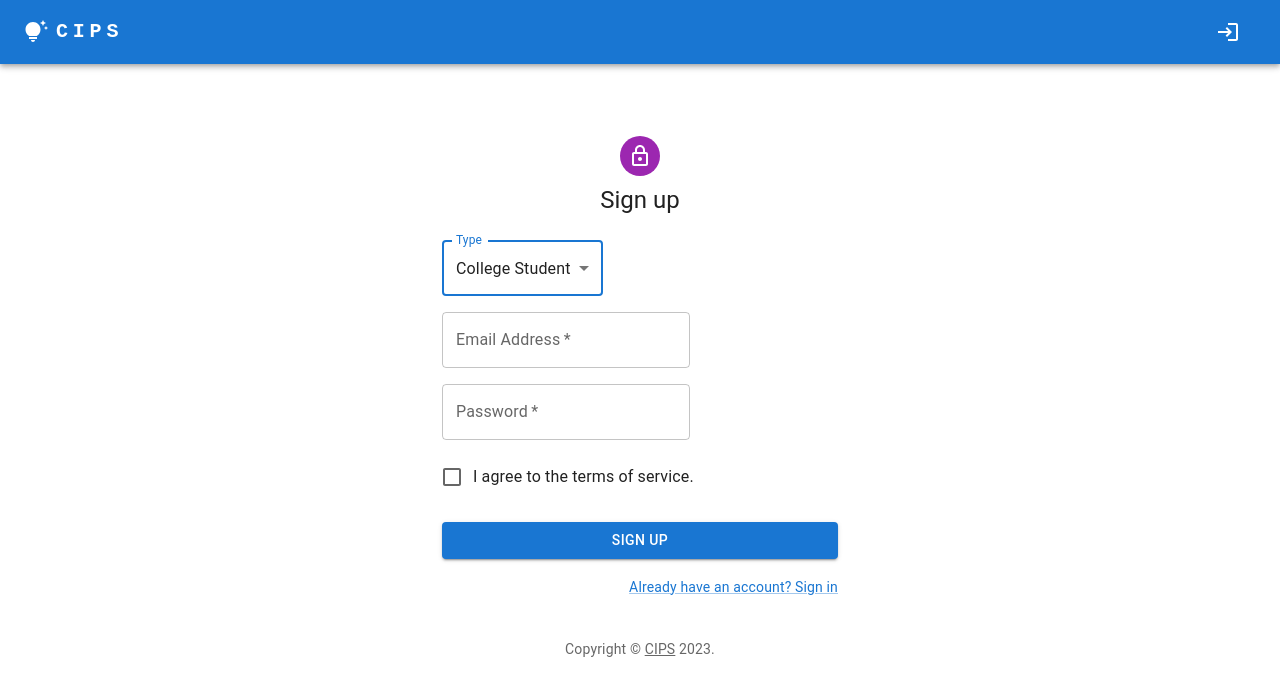
Repository: annferracane/phase-4-project
Page: /signup (app in client/)
These files come from the project's save history. The page is drawn as it stood at one moment and after the next save; the edit follows.
The browser window is 1280 px wide. The pictures show the whole page.
The page's requests for data from a server got no answer. The project was rebuilt for these pictures with package versions that can differ from the ones it lists, and the page was loaded fresh each time. A package was used in the major version that the imports need, not the one package.json lists. No one was signed in, and anything a server would have sent is missing. Also part of the build but not shown: client/src/components/Login.js, client/src/components/Profile.js, client/src/components/Hero.js, client/src/components/SchoolCard.js, client/src/components/Schools.js, client/src/components/TipsAccordion.js, client/src/components/SchoolDetail.js, client/src/components/SubmitTip.js and 1 more.

Above is the page before, as saved 2023-02-16 14:15:49.

### client/src/index.js
import React from 'react';
import ReactDOM from 'react-dom/client';
import './index.css';
import App from './components/App';
import reportWebVitals from './reportWebVitals';
import { UserProvider } from "./context/user";

const root = ReactDOM.createRoot(document.getElementById('root'));
root.render(
  <React.StrictMode>
    <UserProvider>
      <App />
    </UserProvider>
  </React.StrictMode>
);

// If you want to start measuring performance in your app, pass a function
// to log results (for example: reportWebVitals(console.log))
// or send to an analytics endpoint. Learn more: https://bit.ly/CRA-vitals
reportWebVitals();

### client/src/components/App.js
// client/src/components/App.js
import { useState, useEffect, useContext } from "react";
import { BrowserRouter, Switch, Route } from "react-router-dom";
import { UserContext } from "../context/user";
import Login from './Login';
import Navigation from './Navigation';
import Profile from './Profile';
import SignUp from './SignUp';
import Schools from './Schools';
import SchoolDetail from './SchoolDetail';
import SubmitTip from './SubmitTip';
import Welcome from './Welcome';

function App() {
  const { user, setUser } = useContext(UserContext);
  const [errors, setErrors] = useState(null)

  const [count, setCount] = useState(0);
  const [schools, setSchools] = useState([]);

  useEffect(() => {
    fetch('/authorized_user')
    .then(res => {
      if(res.ok){
        res.json().then(user => {
          setUser(user);
          fetchSchools();
        })
      } else {
        setUser(null)
        res.json().then(data => setErrors(data.error))
      }
    })
  },[])

  const fetchSchools = () => {
    fetch('/schools')
    .then(res => {
      if(res.ok){
        res.json().then(setSchools)
      }else {
        res.json().then(data => setErrors(data.error))
      }
    })
  }

  // useEffect(() => {
  //   fetch("/schools")
  //     .then((r) => r.json())
  //     .then((data) => setSchools(data));
  // }, []);

  if(!user) return (
    <BrowserRouter>
      <Navigation />
        <div className="App">
          <Switch>
            <Route path="/login">
              <Login />
            </Route>
            <Route path="/signup">
              <SignUp />
            </Route>
            <Route path="/welcome">
              <Welcome />
            </Route>
            <Route path="/">
              <Welcome />
            </Route>
          </Switch>
        </div>
    </BrowserRouter>
  )
  if(errors) return <h1>{errors}</h1>


  return (
    <BrowserRouter>
      <Navigation />
        <div className="App">
          <Switch>
            <Route path="/login">
              <Login />
            </Route>
            <Route path="/profile">
              <Profile />
            </Route>
            <Route path="/signup">
              <SignUp />
            </Route>
            <Route path="/schools/:id">
              <SchoolDetail />
            </Route>
            <Route path="/schools">
              <Schools schools={ schools }/>
            </Route>
            <Route path="/submit-a-tip">
              <SubmitTip />
            </Route>
            <Route path="/welcome">
              <Welcome />
            </Route>
            <Route path="/">
              <Schools schools={ schools }/>
            </Route>
          </Switch>
        </div>
    </BrowserRouter>
  );
}

export default App;

### client/src/context/user.js
import React, { useState } from "react";

const UserContext = React.createContext();

function UserProvider({ children }) {
  const [user, setUser] = useState(null);
  return (
    <UserContext.Provider value={{ user, setUser }}>
      {children}
    </UserContext.Provider>
  );
}

export { UserContext, UserProvider };

### client/src/components/Navigation.js
import * as React from 'react';
import { useContext } from 'react';
import { UserContext } from "../context/user";
import { useHistory } from 'react-router-dom';
import AppBar from '@mui/material/AppBar';
import Box from '@mui/material/Box';
import Toolbar from '@mui/material/Toolbar';
import IconButton from '@mui/material/IconButton';
import Typography from '@mui/material/Typography';
import Menu from '@mui/material/Menu';
import MenuIcon from '@mui/icons-material/Menu';
import Container from '@mui/material/Container';
import Avatar from '@mui/material/Avatar';
import Button from '@mui/material/Button';
import Tooltip from '@mui/material/Tooltip';
import MenuItem from '@mui/material/MenuItem';
import TipsAndUpdatesIcon from '@mui/icons-material/TipsAndUpdates';
import LoginIcon from '@mui/icons-material/Login';

function Navigation() {
  const { user, setUser } = useContext(UserContext);
  const history = useHistory();

  const [anchorElNav, setAnchorElNav] = React.useState(null);
  const [anchorElUser, setAnchorElUser] = React.useState(null);

  const pages = [
    { name: 'Schools', link: '/schools' },
    { name: 'Submit a Tip', link: '/submit-a-tip' }
  ];



  const handleOpenNavMenu = (event) => {
    setAnchorElNav(event.currentTarget);
  };
  const handleOpenUserMenu = (event) => {
    setAnchorElUser(event.currentTarget);
  };

  const handleCloseNavMenu = () => {
    setAnchorElNav(null);
  };

  const handleCloseUserMenu = () => {
    setAnchorElUser(null);
  };

  const handleProfileClick = () => {
    handleCloseUserMenu();
    history.push('/profile');
  }

  const handleLogOut = () => {
    handleCloseUserMenu();
    // DELETE `/logout`
    fetch('/logout',{
      method:'DELETE'
    })
    .then(res =>{
      if(res.ok) {
        setUser(null);
        history.push('/login');
      }
    })
  }

  const loginMenu = (
    <IconButton href="/login">
      <LoginIcon sx={{ display: { xs: 'none', md: 'flex', color: 'white', }, mr: 1 }} />
    </IconButton>
  );

  const settingsMenu = (
    <Tooltip title="Open settings">
      <IconButton onClick={handleOpenUserMenu} sx={{ p: 0 }}>
        <Avatar alt={ user ? user.email : "?" } src="/static/images/avatar/2.jpg" />
      </IconButton>
    </Tooltip>
  );

  const navigationMenu = (
    pages.map((page) => (
      <MenuItem key={page.name} onClick={handleCloseNavMenu} href={ page.link }>
        <Typography textAlign="center">{page.name}</Typography>
      </MenuItem>
    ))
  );

  const navigationButtons = (
    pages.map((page) => (
      <Button
        key={page.name}
        onClick={handleCloseNavMenu}
        sx={{ my: 2, color: 'white', display: 'block' }}
        href={ page.link }
      >
        {page.name}
      </Button>
    ))
  );

  return (
    <AppBar position="static">
      <Container maxWidth="xl">
        <Toolbar disableGutters>
          <TipsAndUpdatesIcon sx={{ display: { xs: 'none', md: 'flex' }, mr: 1 }} />
          <Typography
            variant="h6"
            noWrap
            component="a"
            href="/"
            sx={{
              mr: 2,
              display: { xs: 'none', md: 'flex' },
              fontFamily: 'monospace',
              fontWeight: 700,
              letterSpacing: '.3rem',
              color: 'inherit',
              textDecoration: 'none',
            }}
          >
            CIPS
          </Typography>

          <Box sx={{ flexGrow: 1, display: { xs: 'flex', md: 'none' } }}>
            <IconButton
              size="large"
              aria-label="account of current user"
              aria-controls="menu-appbar"
              aria-haspopup="true"
              onClick={handleOpenNavMenu}
              color="inherit"
            >
              <MenuIcon />
            </IconButton>
            <Menu
              id="menu-appbar"
              anchorEl={anchorElNav}
              anchorOrigin={{
                vertical: 'bottom',
                horizontal: 'left',
              }}
              keepMounted
              transformOrigin={{
                vertical: 'top',
                horizontal: 'left',
              }}
              open={Boolean(anchorElNav)}
              onClose={handleCloseNavMenu}
              sx={{
                display: { xs: 'block', md: 'none' },
              }}
            >
              { user ? navigationMenu : null }
            </Menu>
          </Box>
          <TipsAndUpdatesIcon sx={{ display: { xs: 'flex', md: 'none' }, mr: 1 }} />
          <Typography
            variant="h5"
            noWrap
            component="a"
            href=""
            sx={{
              mr: 2,
              display: { xs: 'flex', md: 'none' },
              flexGrow: 1,
              fontFamily: 'monospace',
              fontWeight: 700,
              letterSpacing: '.3rem',
              color: 'inherit',
              textDecoration: 'none',
            }}
          >
            CIPS
          </Typography>
          <Box sx={{ flexGrow: 1, display: { xs: 'none', md: 'flex' } }}>
            { user ? navigationButtons : null }
          </Box>

          <Box sx={{ flexGrow: 0 }}>
            {user ? settingsMenu : loginMenu }
            <Menu
              sx={{ mt: '45px' }}
              id="menu-appbar"
              anchorEl={anchorElUser}
              anchorOrigin={{
                vertical: 'top',
                horizontal: 'right',
              }}
              keepMounted
              transformOrigin={{
                vertical: 'top',
                horizontal: 'right',
              }}
              open={Boolean(anchorElUser)}
              onClose={handleCloseUserMenu}
            >
              <MenuItem onClick={handleProfileClick}>
                <Typography textAlign="center">My Profile</Typography>
              </MenuItem>
              <MenuItem onClick={handleLogOut}>
                <Typography textAlign="center">Logout</Typography>
              </MenuItem>
            </Menu>
          </Box>
        </Toolbar>
      </Container>
    </AppBar>
  );
}
export default Navigation;

### client/src/components/SignUp.js
import * as React from 'react';
import { useState, useContext } from "react";
import { useHistory } from 'react-router-dom';
import { UserContext } from "../context/user";

import Avatar from '@mui/material/Avatar';
import Button from '@mui/material/Button';
import CssBaseline from '@mui/material/CssBaseline';
import TextField from '@mui/material/TextField';
import FormControlLabel from '@mui/material/FormControlLabel';
import Checkbox from '@mui/material/Checkbox';
import Link from '@mui/material/Link';
import Grid from '@mui/material/Grid';
import Box from '@mui/material/Box';
import LockOutlinedIcon from '@mui/icons-material/LockOutlined';
import Typography from '@mui/material/Typography';
import Container from '@mui/material/Container';
import { createTheme, ThemeProvider } from '@mui/material/styles';
import InputLabel from '@mui/material/InputLabel';
import MenuItem from '@mui/material/MenuItem';
import FormControl from '@mui/material/FormControl';
import Select from '@mui/material/Select';

function Copyright(props) {
  return (
    <Typography variant="body2" color="text.secondary" align="center" {...props}>
      {'Copyright © '}
      <Link color="inherit" href="https://mui.com/">
        CIPS
      </Link>{' '}
      {new Date().getFullYear()}
      {'.'}
    </Typography>
  );
}



function SignUp() {
  const { user, setUser } = useContext(UserContext);

  const [errors, setErrors] = useState([]);
  const history = useHistory();
  const theme = createTheme();

  const [formData, setFormData] = useState({
    email: '',
    password: '',
    user_type: 'College Student'
  });

  const { email, password, user_type } = formData;

  const handleChange = (e) => {
    const { name, value } = e.target;
    setFormData({ ...formData, [name]: value });
  }

  const types = ["Prospective Student", "College Student", "Alum"];
  const typeArray = types.map(type => <MenuItem key={type} value={type}>{type}</MenuItem>)

  const handleSubmit = (e) => {
    e.preventDefault();

    const user = {
        email,
        password,
        user_type
    };

    fetch(`/users`,{
      method:'POST',
      headers:{'Content-Type': 'application/json'},
      body:JSON.stringify(user)
    })
    .then(res => {
        if(res.ok){
            res.json().then(user => {
                setUser(user);
                history.push(`/profile`);
            })
        }else {
            res.json().then(json => setErrors(Object.entries(json.errors)));
        }
    })

  };

  return (
    <ThemeProvider theme={theme}>
      <Container component="main" maxWidth="xs">
        <CssBaseline />
        <Box
          sx={{
            marginTop: 8,
            display: 'flex',
            flexDirection: 'column',
            alignItems: 'center',
          }}
        >
          <Avatar sx={{ m: 1, bgcolor: 'secondary.main' }}>
            <LockOutlinedIcon />
          </Avatar>
          <Typography component="h1" variant="h5">
            Sign up
          </Typography>
          { errors ? errors.map (error =><div>{ error[1] }</div>) : null }
          <Box component="form" noValidate onSubmit={handleSubmit} sx={{ mt: 3 }}>
            <Grid container spacing={2}>
            <Grid item xs={12}>
                <FormControl fullWidth>
                    <InputLabel id="user-type-label">Type</InputLabel>
                    <Select
                        autoFocus
                        labelId="user-type-label"
                        id="user_type"
                        label="Type"
                        name="user_type"
                        value={ user_type }
                        onChange={handleChange}
                    >
                        { typeArray }
                    </Select>
                </FormControl>
              </Grid>
              <Grid item xs={12}>
                <TextField
                  required
                  fullWidth
                  id="email"
                  label="Email Address"
                  name="email"
                  value={ email } onChange={ handleChange }
                  autoComplete="email"
                />
              </Grid>
              <Grid item xs={12}>
                <TextField
                  required
                  fullWidth
                  name="password"
                  label="Password"
                  type="password"
                  id="password"
                  autoComplete="new-password"
                  value={ password } onChange={ handleChange }
                />
              </Grid>
              <Grid item xs={12}>
                <FormControlLabel
                  control={<Checkbox value="allowExtraEmails" color="primary" />}
                  label="I agree to the terms of service."
                />
              </Grid>
            </Grid>
            <Button
              type="submit"
              fullWidth
              variant="contained"
              sx={{ mt: 3, mb: 2 }}
            >
              Sign Up
            </Button>
            <Grid container justifyContent="flex-end">
              <Grid item>
                <Link href="/login" variant="body2">
                  Already have an account? Sign in
                </Link>
              </Grid>
            </Grid>
          </Box>
        </Box>
        <Copyright sx={{ mt: 5 }} />
      </Container>
    </ThemeProvider>
  );
}

export default SignUp;

Loaded but not shown: client/src/index.css (common file); client/src/reportWebVitals.js (common file)

After the next save:
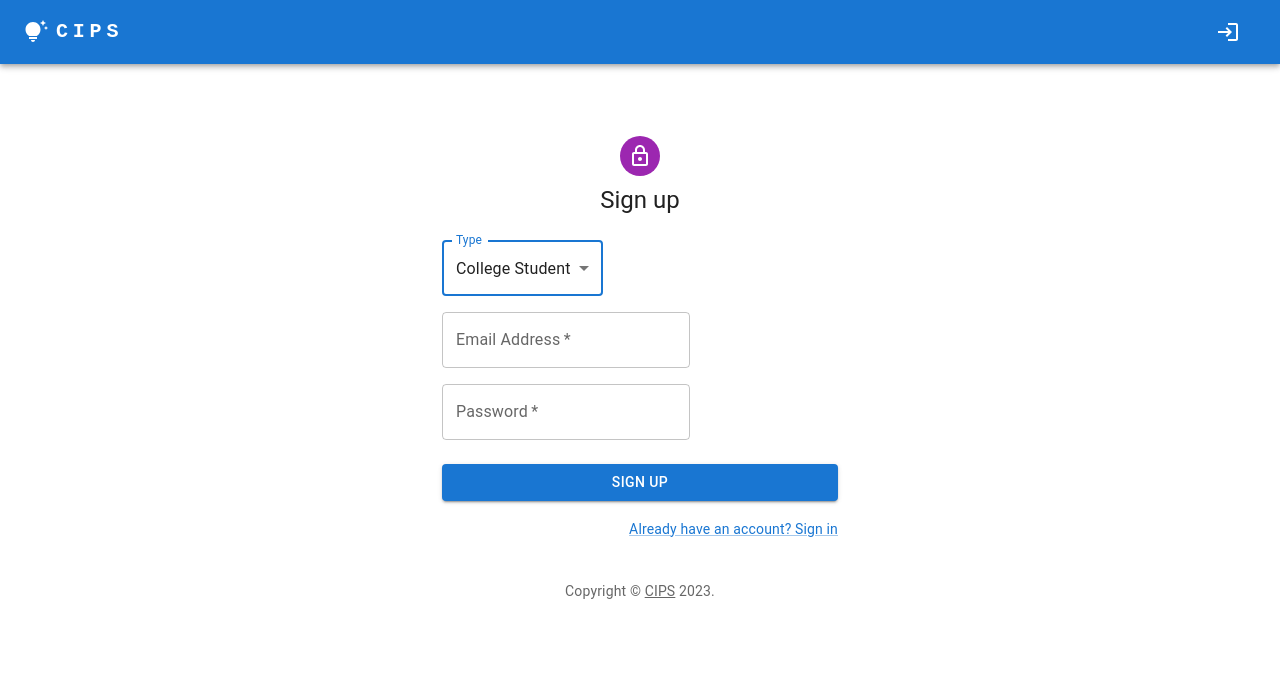
Saved 52 s later.
--- a/client/src/components/SignUp.js
+++ b/client/src/components/SignUp.js
@@ -146,12 +146,12 @@ function SignUp() {
                   value={ password } onChange={ handleChange }
                 />
               </Grid>
-              <Grid item xs={12}>
+              {/* <Grid item xs={12}>
                 <FormControlLabel
                   control={<Checkbox value="allowExtraEmails" color="primary" />}
                   label="I agree to the terms of service."
                 />
-              </Grid>
+              </Grid> */}
             </Grid>
             <Button
               type="submit"
